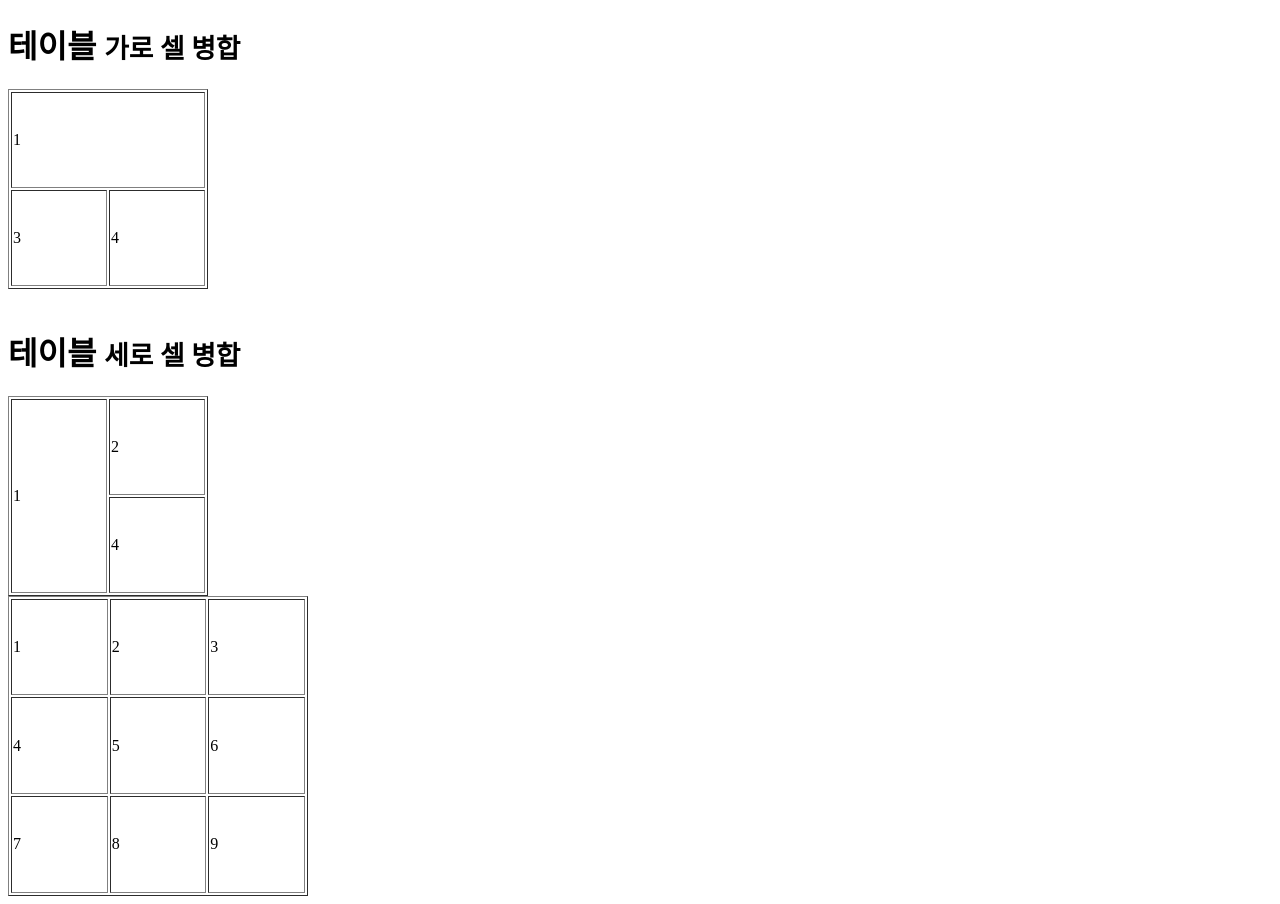
Repository: kmd192kmd/Web
Page: html/HtmlTest/src/main/webapp/ex15_table.html
The author's editor kept a copy of each file at every save. The page is drawn from the files as they stood at one save, then again after the next save.
The browser window is 1280 px wide. The pictures show the whole page.

Above is the page before, as saved 2026-02-13 06:21:57.

### html/HtmlTest/src/main/webapp/ex15_table.html
<!DOCTYPE html>
<html>
<head>
<meta charset="UTF-8">
<title>Insert title here</title>
</head>
<body>
	<!-- ex15_table.html -->
	<!-- 테이블 셀 병합 -->
	<h1>테이블 <small>가로 셀 병합</small></h1>

	<table border="1" width="200" height="200">
		<tr>
			<td colspan="2">1</td>
		</tr>
		<tr>
			<td>3</td>
			<td>4</td>
		</tr>
	</table>

	<br>

	<h1>테이블 <small>세로 셀 병합</small></h1>

	<table border="1" width="200" height="200">
		<tr>
			<td rowspan="2">1</td>
			<td>2</td>
		</tr>
		<tr>
			<td>4</td>
		</tr>
	</table>

	<table border="1" width="300" height="300">
		<tr>
			<td>1</td>
			<td>2</td>
			<td>3</td>
		</tr>
		<tr>
			<td>4</td>
			<td>5</td>
			<td>6</td>
		</tr>
		<tr>
			<td>7</td>
			<td>8</td>
			<td>9</td>
		</tr>
	</table>


</body>
</html>

After the next save:
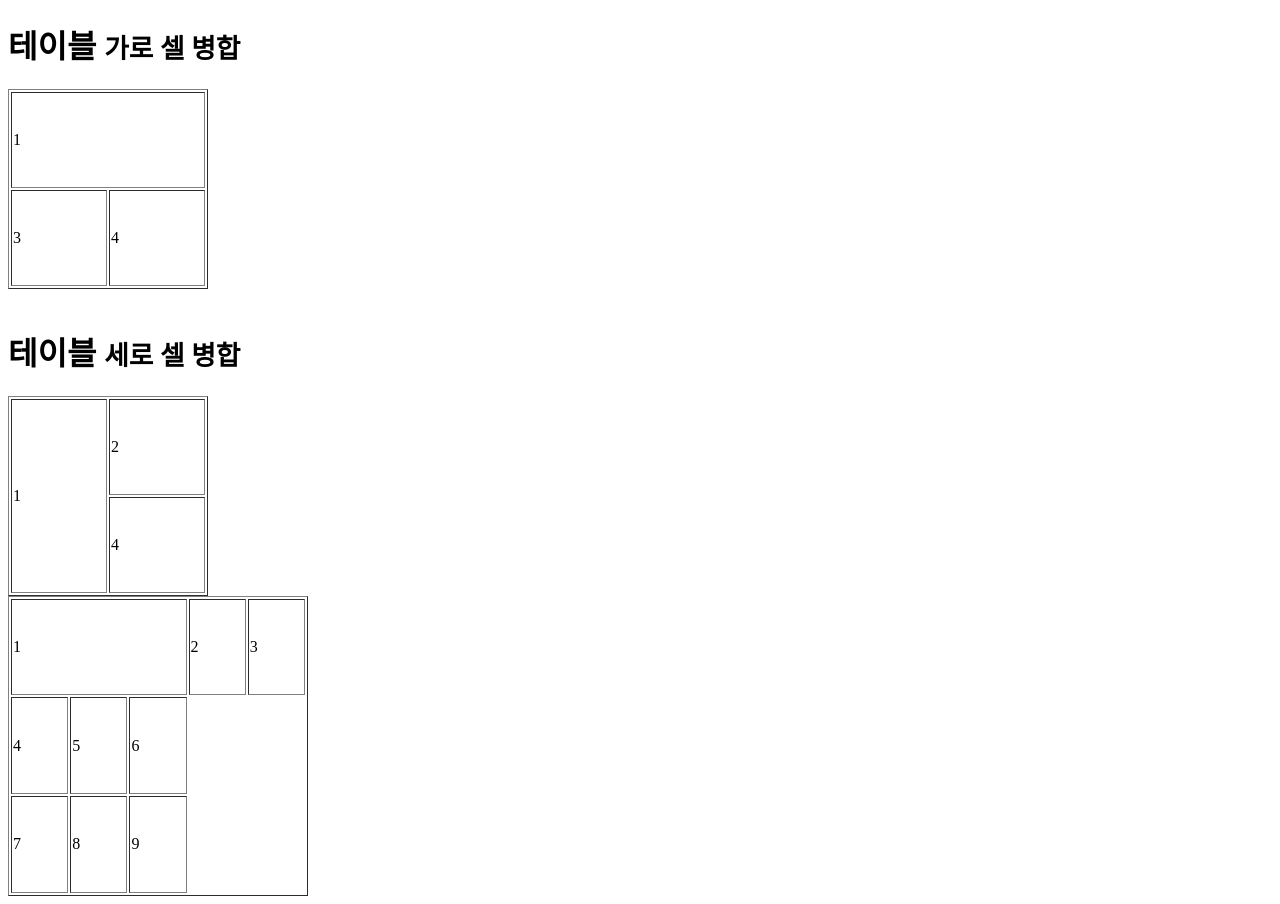
Saved 8 s later.
--- a/html/HtmlTest/src/main/webapp/ex15_table.html
+++ b/html/HtmlTest/src/main/webapp/ex15_table.html
@@ -35,7 +35,7 @@
 
 	<table border="1" width="300" height="300">
 		<tr>
-			<td>1</td>
+			<td colspan="3">1</td>
 			<td>2</td>
 			<td>3</td>
 		</tr>
